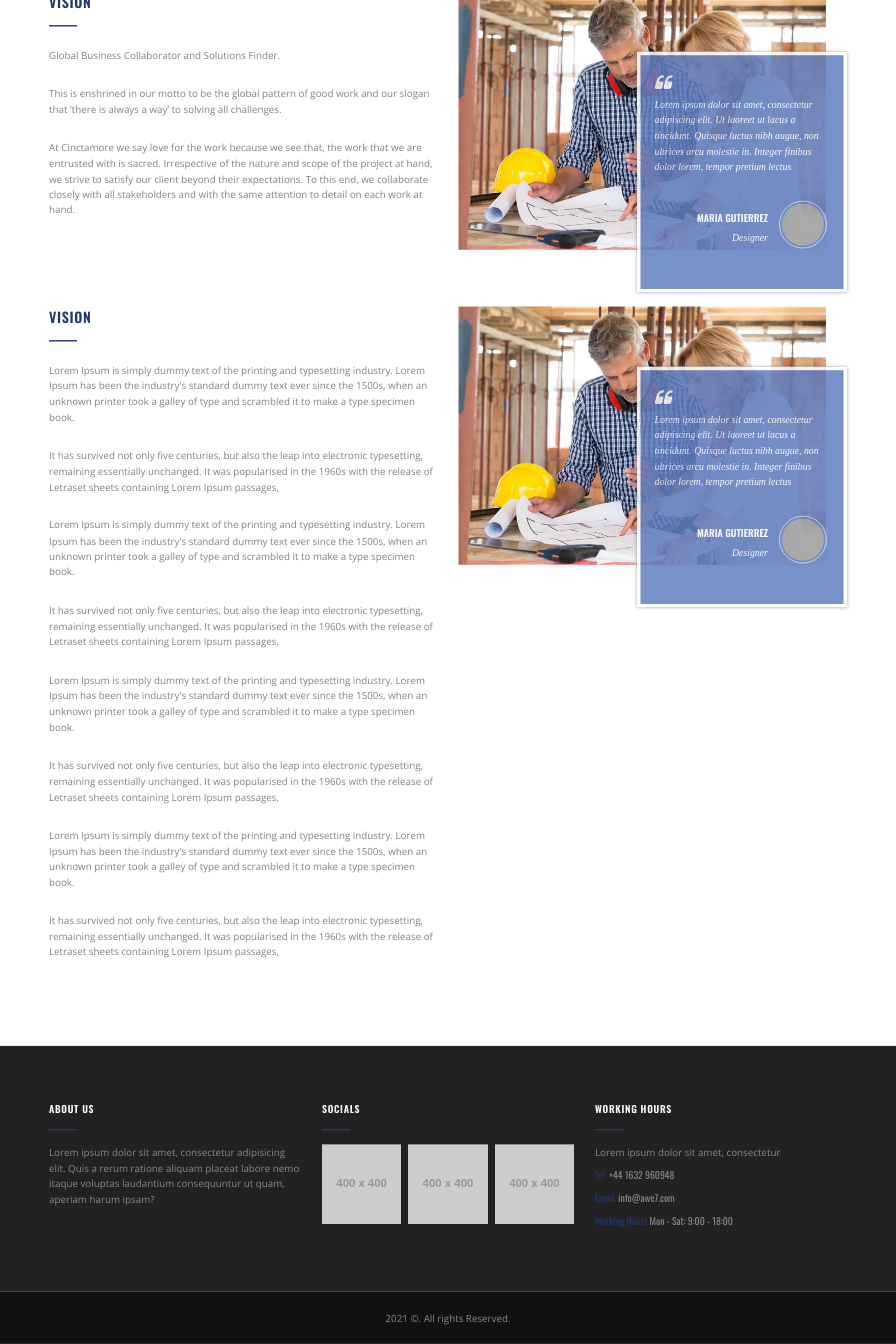
Repository: techieaccl/techieaccl.github.io
Page: about-us.html
These files come from the project's save history. The page is drawn as it stood at one moment and after the next save; the edit follows.
The browser window is 1280 px wide. The pictures show the part of the page from y = 1297 to 3217 px (the page is 3217 px tall before and 2671 px after), at 70% of full size.
Pictures or frames that could not be fetched are drawn as grey boxes. Some web fonts or font styles are not loaded; a fallback is used.

Above is the page before, as saved 2021-09-08 19:57:39.

### about-us.html
<!DOCTYPE html>
<html>
    <head>
		<title>About Us</title>
		<meta charset="utf-8">
		<meta name="viewport" content="width=device-width, initial-scale=1.0, maximum-scale=1.0, user-scalable=no">
		<meta name="format-detection" content="telephone=no">
		<meta name="apple-mobile-web-app-capable" content="yes">
		<!-- Fonts-->
		<link rel="stylesheet" type="text/css" href="assets/fonts/fontawesome/font-awesome.min.css">
		<link rel="stylesheet" type="text/css" href="assets/fonts/pe-icon/pe-icon.css">
		<!-- Vendors-->
		<link rel="stylesheet" type="text/css" href="assets/vendors/bootstrap/grid.css">
		<link rel="stylesheet" type="text/css" href="assets/vendors/magnific-popup/magnific-popup.min.css">
		<link rel="stylesheet" type="text/css" href="assets/vendors/swiper/swiper.css">
		<!-- App & fonts-->
		<link rel="stylesheet" type="text/css" href="https://fonts.googleapis.com/css?family=Open+Sans:400,700|Oswald:400,600|Playfair+Display:400i">
		<link rel="stylesheet" type="text/css" href="assets/css/main.css"><!--[if lt IE 9]>
			<script src="https://oss.maxcdn.com/libs/html5shiv/3.7.0/html5shiv.js"></script>
		<![endif]-->
	</head>

    <body>
                <!-- preload -->
				<div class="preload" id="preload">
					<div class="cssload-spin-box"></div>
				</div><!-- End / preload -->


        <div class="page-wrap">
            <!-- header -->
			<header class="header header-fixheight header--fixed">
				<div class="container">
					<div class="header__inner">
						<div class="header-logo">
							<!-- <a href="home.html"><img src="assets/img/logo_white.png" alt=""/></a> -->
							<h1><strong>Cinctamore </strong></h1>
						</div>
						<!-- raising-menu -->
                        <ul class="raising-menu-generic">
                            <li><a href="index.html">Back To Home</a>
                            </li>
                        </ul><!-- raising-menu -->

					</div>
				</div>
			</header><!-- End / header -->

            <!-- Content-->
			<div class="md-content">

                <!-- Section -->
				<section class="md-section">
					<div class="container">
						<div class="row">
							<div class="col-lg-8 col-xs-offset-0 col-sm-offset-0 col-md-offset-0 col-lg-offset-2 ">

								<!-- sec-title -->
								<div class="sec-title sec-title__lg-title md-text-center">
									<br><br>
									<h2 class="sec-title__title">About Us</h2><span class="sec-title__divider"></span>
								</div><!-- End / sec-title -->

							</div>
						</div>
					</div>
				</section>

				<!-- Section -->
				<section class="md-section" style="background-color:#fff;padding:60px 0;">
					<div class="container">
						<div class="row">
							<div class="col-lg-6 ">
								<div class="mb-30">

									<!-- sec-title -->
									<div class="sec-title sec-title__lg-title">
										<h2 class="sec-title__title"><span>Our Name</span></h2><span class="sec-title__divider"></span>
									</div><!-- End / sec-title -->
									<p>Cinctamore - a combined word of “cincta (surrounded, encircled, crowned, girded, enclosed)” and “amore (love)” means “surrounded by love.”</p><br>
									<p>Our name reflects our belief that, the greatest of what is possible can only be achieved when what we do as a team is surrounded with love. In all we do, we strive to be a ‘Pattern of Good Work’.
									 <span>At Cinctamore, we are constantly finding solutions to support a better future for all. </span></span></p><br>
								</div>
							</div>
							<div class="col-lg-6 ">

								<!-- about -->
								<div class="about"><img src="assets/img/about/2.jpg" alt=""/>

									<!-- quote-02 -->
									<blockquote class="quote-02 about-quote">
										<p class="quote-02__text">Lorem ipsum dolor sit amet, consectetur adipiscing elit. Ut laoreet ut lacus a tincidunt. Quisque luctus nibh augue, non ultrices arcu molestie in. Integer finibus dolor lorem, tempor pretium lectus</p>

										<!-- authorbox -->
										<div class="authorbox">
											<div class="authorbox__avartar" style="background-image: url(https://unsplash.it/800);"><img src="https://unsplash.it/800" alt=""/></div>
											<div class="authorbox__info">
												<h5 class="authorbox__name">Maria Gutierrez</h5>
												<p class="authorbox__work">Designer</p>
											</div>
										</div><!-- End / authorbox -->

									</blockquote><!-- End / quote-02 -->

								</div><!-- End / about -->

							</div>
						</div>
						<div class="row">
							<div class="col-lg-6 ">
								<div class="mb-30">

									<!-- sec-title -->
									<div class="sec-title sec-title__lg-title">
										<h2 class="sec-title__title"><span>History </span></h2><span class="sec-title__divider"></span>
									</div><!-- End / sec-title -->

									<p>Cinctamore was founded in 2018 to spearhead the development of multiple family-owned
									 businesses by providing the framework to guide each business to stay competitive and successful.</p>
									<p>Cinctamore aims to become a global business collaborator and solutions finder through the Architecture,
									 Urban Design, Engineering & Construction, Trading & Investment, as well as Multimedia, Lifestyle and Health Groups. </p>
								</div>
							</div>
							<div class="col-lg-6 ">

								<!-- about -->
								<div class="about"><img src="assets/img/about/2.jpg" alt=""/>

									<!-- quote-02 -->
									<blockquote class="quote-02 about-quote">
										<p class="quote-02__text">Lorem ipsum dolor sit amet, consectetur adipiscing elit. Ut laoreet ut lacus a tincidunt. Quisque luctus nibh augue, non ultrices arcu molestie in. Integer finibus dolor lorem, tempor pretium lectus</p>

										<!-- authorbox -->
										<div class="authorbox">
											<div class="authorbox__avartar" style="background-image: url(https://unsplash.it/800);"><img src="https://unsplash.it/800" alt=""/></div>
											<div class="authorbox__info">
												<h5 class="authorbox__name">Maria Gutierrez</h5>
												<p class="authorbox__work">Designer</p>
											</div>
										</div><!-- End / authorbox -->

									</blockquote><!-- End / quote-02 -->

								</div><!-- End / about -->

							</div>
						</div>
						<div class="row">
							<div class="col-lg-6 ">
								<div class="mb-30">

									<!-- sec-title -->
									<div class="sec-title sec-title__lg-title">
										<h2 class="sec-title__title"><span>Vision</span></h2><span class="sec-title__divider"></span>
									</div><!-- End / sec-title -->
									<p>Global Business Collaborator and Solutions Finder.</p><br>
									<p>This is enshrined in our motto to be the global pattern of good work
									and our slogan that ‘there is always a way’ to solving all challenges.</p><br>
									<p>At Cinctamore we say love for the work because we see that, the work that we are entrusted with is sacred.
									Irrespective of the nature and scope of the project at hand, we strive to satisfy our client beyond their expectations.
									To this end, we collaborate closely with all stakeholders and with the same attention to detail on each work at hand. </p>
								</div>
							</div>
							<div class="col-lg-6 ">

								<!-- about -->
								<div class="about"><img src="assets/img/about/2.jpg" alt=""/>

									<!-- quote-02 -->
									<blockquote class="quote-02 about-quote">
										<p class="quote-02__text">Lorem ipsum dolor sit amet, consectetur adipiscing elit. Ut laoreet ut lacus a tincidunt. Quisque luctus nibh augue, non ultrices arcu molestie in. Integer finibus dolor lorem, tempor pretium lectus</p>

										<!-- authorbox -->
										<div class="authorbox">
											<div class="authorbox__avartar" style="background-image: url(https://unsplash.it/800);"><img src="https://unsplash.it/800" alt=""/></div>
											<div class="authorbox__info">
												<h5 class="authorbox__name">Maria Gutierrez</h5>
												<p class="authorbox__work">Designer</p>
											</div>
										</div><!-- End / authorbox -->

									</blockquote><!-- End / quote-02 -->

								</div><!-- End / about -->

							</div>
						</div>
						<div class="row">
							<div class="col-lg-6 ">
								<div class="mb-30">

									<!-- sec-title -->
									<div class="sec-title sec-title__lg-title">
										<h2 class="sec-title__title"><span>Vision</span></h2><span class="sec-title__divider"></span>
									</div><!-- End / sec-title -->

									<p>Lorem Ipsum is simply dummy text of the printing and typesetting industry. Lorem Ipsum has been the industry's standard dummy text ever since the 1500s, when an unknown printer took a galley of type and scrambled it to make a type specimen book.</p><br>
									<p>It has survived not only five centuries, but also the leap into electronic typesetting, remaining essentially unchanged. It was popularised in the 1960s with the release of Letraset sheets containing Lorem Ipsum passages,</p><br>
									<p>Lorem Ipsum is simply dummy text of the printing and typesetting industry. Lorem Ipsum has been the industry's standard dummy text ever since the 1500s, when an unknown printer took a galley of type and scrambled it to make a type specimen book.</p><br>
									<p>It has survived not only five centuries, but also the leap into electronic typesetting, remaining essentially unchanged. It was popularised in the 1960s with the release of Letraset sheets containing Lorem Ipsum passages,</p><br>
									<p>Lorem Ipsum is simply dummy text of the printing and typesetting industry. Lorem Ipsum has been the industry's standard dummy text ever since the 1500s, when an unknown printer took a galley of type and scrambled it to make a type specimen book.</p><br>
									<p>It has survived not only five centuries, but also the leap into electronic typesetting, remaining essentially unchanged. It was popularised in the 1960s with the release of Letraset sheets containing Lorem Ipsum passages,</p><br>
									<p>Lorem Ipsum is simply dummy text of the printing and typesetting industry. Lorem Ipsum has been the industry's standard dummy text ever since the 1500s, when an unknown printer took a galley of type and scrambled it to make a type specimen book.</p><br>
									<p>It has survived not only five centuries, but also the leap into electronic typesetting, remaining essentially unchanged. It was popularised in the 1960s with the release of Letraset sheets containing Lorem Ipsum passages,</p><br>
								</div>
							</div>
							<div class="col-lg-6 ">

								<!-- about -->
								<div class="about"><img src="assets/img/about/2.jpg" alt=""/>

									<!-- quote-02 -->
									<blockquote class="quote-02 about-quote">
										<p class="quote-02__text">Lorem ipsum dolor sit amet, consectetur adipiscing elit. Ut laoreet ut lacus a tincidunt. Quisque luctus nibh augue, non ultrices arcu molestie in. Integer finibus dolor lorem, tempor pretium lectus</p>

										<!-- authorbox -->
										<div class="authorbox">
											<div class="authorbox__avartar" style="background-image: url(https://unsplash.it/800);"><img src="https://unsplash.it/800" alt=""/></div>
											<div class="authorbox__info">
												<h5 class="authorbox__name">Maria Gutierrez</h5>
												<p class="authorbox__work">Designer</p>
											</div>
										</div><!-- End / authorbox -->

									</blockquote><!-- End / quote-02 -->

								</div><!-- End / about -->

							</div>
						</div>
					</div>
				</section>
				<!-- End / Section -->

				<!-- footer-01 -->
			<footer class="footer-01 md-skin-dark">
				<div class="footer-01__widget">
					<div class="container">
						<div class="row">
							<div class="col-md-6 col-lg-4 ">

								<!-- widget -->
								<section class="widget">

									<!-- sec-title -->
									<div class="sec-title">
										<h2 class="sec-title__title">about us</h2><span class="sec-title__divider"></span>
									</div><!-- End / sec-title -->

									<p>  Lorem ipsum dolor sit amet, consectetur adipisicing elit. Quis a rerum ratione aliquam placeat labore nemo itaque voluptas laudantium consequuntur ut quam, aperiam harum ipsam?</p>
								</section><!-- End / widget -->

							</div>

							<div class="col-md-6 col-lg-4 ">

								<!-- widget -->
								<section class="widget">

									<!-- sec-title -->
									<div class="sec-title">
										<h2 class="sec-title__title">Socials</h2><span class="sec-title__divider"></span>
									</div><!-- End / sec-title -->


									<!-- widget-gallery -->
									<div class="widget-gallery">
										<div class="widget-gallery__item"><a href="#" style="background-image: url('http://placehold.it/400x400');"><img src="http://placehold.it/400x400" alt=""/></a></div>
										<div class="widget-gallery__item"><a href="#" style="background-image: url('http://placehold.it/400x400');"><img src="http://placehold.it/400x400" alt=""/></a></div>
										<div class="widget-gallery__item"><a href="#" style="background-image: url('http://placehold.it/400x400');"><img src="http://placehold.it/400x400" alt=""/></a></div>
										<!-- <div class="widget-gallery__item"><a href="#" style="background-image: url('http://placehold.it/400x400');"><img src="http://placehold.it/400x400" alt=""/></a></div>
										<div class="widget-gallery__item"><a href="#" style="background-image: url('http://placehold.it/400x400');"><img src="http://placehold.it/400x400" alt=""/></a></div>
										<div class="widget-gallery__item"><a href="#" style="background-image: url('http://placehold.it/400x400');"><img src="http://placehold.it/400x400" alt=""/></a></div>
										<div class="widget-gallery__item"><a href="#" style="background-image: url('http://placehold.it/400x400');"><img src="http://placehold.it/400x400" alt=""/></a></div>
										<div class="widget-gallery__item"><a href="#" style="background-image: url('http://placehold.it/400x400');"><img src="http://placehold.it/400x400" alt=""/></a></div>
										<div class="widget-gallery__item"><a href="#" style="background-image: url('http://placehold.it/400x400');"><img src="http://placehold.it/400x400" alt=""/></a></div> -->
									</div><!-- End /  widget-gallery -->

								</section><!-- End / widget -->

							</div>
							<div class="col-lg-4 ">

								<!-- widget -->
								<section class="widget">

									<!-- sec-title -->
									<div class="sec-title">
										<h2 class="sec-title__title">working hours</h2><span class="sec-title__divider"></span>
									</div><!-- End / sec-title -->

									<p> Lorem ipsum dolor sit amet, consectetur</p>

									<!--  -->
									<div>
										<div class="widget-contact__item"><span class="widget-contact__title">Tel:</span>
											<p class="widget-contact__text">+44 1632 960948</p>
										</div>
										<div class="widget-contact__item"><span class="widget-contact__title">email:</span>
											<p class="widget-contact__text"><a href="#">info@awe7.com</a></p>
										</div>
										<div class="widget-contact__item"><span class="widget-contact__title">Working Hours</span>
											<p class="widget-contact__text">Mon - Sat: 9:00 - 18:00</p>
										</div>
									</div><!-- End /   -->

								</section><!-- End / widget -->

							</div>
						</div>
					</div>
				</div>

				<!-- copyright-01 -->
				<div class="copyright-01 md-text-center">
					<div class="container">
						<p class="copyright-01__copy">2021 &copy;. All rights Reserved.</p>
					</div>
				</div><!-- End / copyright-01 -->

			</footer><!-- End / footer-01 -->
            </div>
			<!-- End / Content-->
        </div>
    </body>
</html>

Loaded but not shown: assets/fonts/fontawesome/font-awesome.min.css (library); assets/fonts/pe-icon/pe-icon.css (common file); assets/vendors/bootstrap/grid.css (library); assets/vendors/magnific-popup/magnific-popup.min.css (library); assets/vendors/swiper/swiper.css (library); assets/css/main.css (4044 lines, source omitted)

After the next save:
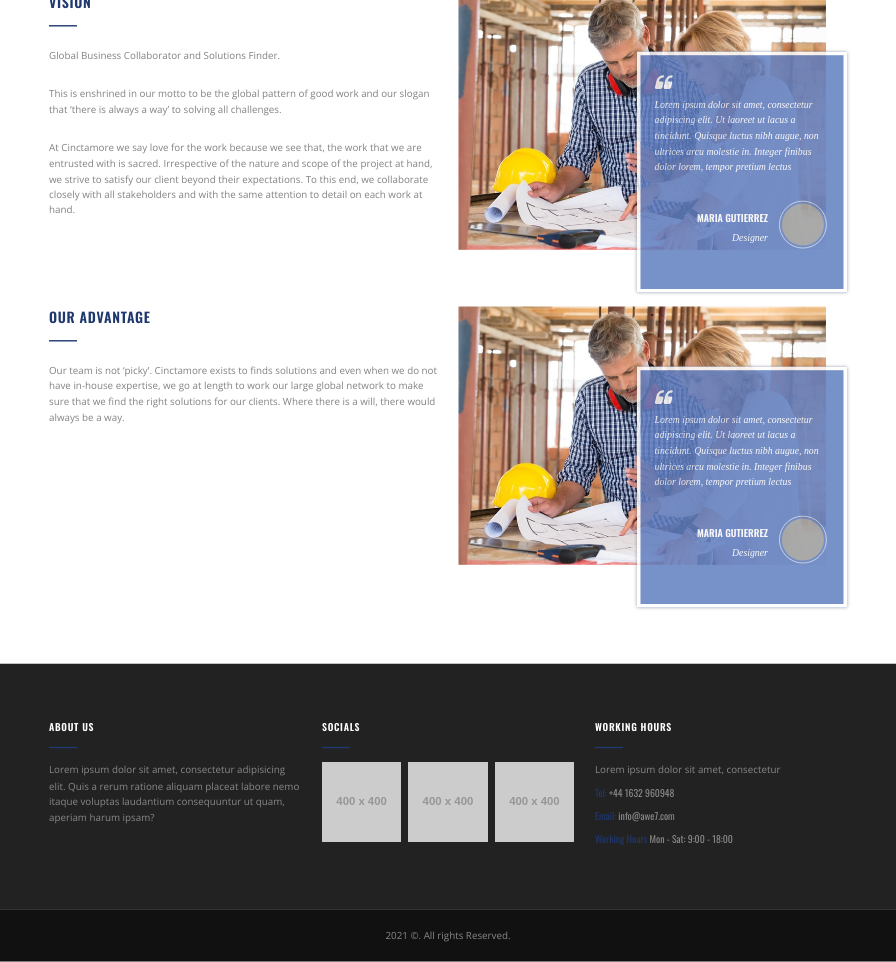
Saved 119 s later.
--- a/about-us.html
+++ b/about-us.html
@@ -191,17 +191,11 @@
 
 									<!-- sec-title -->
 									<div class="sec-title sec-title__lg-title">
-										<h2 class="sec-title__title"><span>Vision</span></h2><span class="sec-title__divider"></span>
-									</div><!-- End / sec-title -->
-
-									<p>Lorem Ipsum is simply dummy text of the printing and typesetting industry. Lorem Ipsum has been the industry's standard dummy text ever since the 1500s, when an unknown printer took a galley of type and scrambled it to make a type specimen book.</p><br>
-									<p>It has survived not only five centuries, but also the leap into electronic typesetting, remaining essentially unchanged. It was popularised in the 1960s with the release of Letraset sheets containing Lorem Ipsum passages,</p><br>
-									<p>Lorem Ipsum is simply dummy text of the printing and typesetting industry. Lorem Ipsum has been the industry's standard dummy text ever since the 1500s, when an unknown printer took a galley of type and scrambled it to make a type specimen book.</p><br>
-									<p>It has survived not only five centuries, but also the leap into electronic typesetting, remaining essentially unchanged. It was popularised in the 1960s with the release of Letraset sheets containing Lorem Ipsum passages,</p><br>
-									<p>Lorem Ipsum is simply dummy text of the printing and typesetting industry. Lorem Ipsum has been the industry's standard dummy text ever since the 1500s, when an unknown printer took a galley of type and scrambled it to make a type specimen book.</p><br>
-									<p>It has survived not only five centuries, but also the leap into electronic typesetting, remaining essentially unchanged. It was popularised in the 1960s with the release of Letraset sheets containing Lorem Ipsum passages,</p><br>
-									<p>Lorem Ipsum is simply dummy text of the printing and typesetting industry. Lorem Ipsum has been the industry's standard dummy text ever since the 1500s, when an unknown printer took a galley of type and scrambled it to make a type specimen book.</p><br>
-									<p>It has survived not only five centuries, but also the leap into electronic typesetting, remaining essentially unchanged. It was popularised in the 1960s with the release of Letraset sheets containing Lorem Ipsum passages,</p><br>
+										<h2 class="sec-title__title"><span>Our Advantage</span></h2><span class="sec-title__divider"></span>
+									</div><!-- End / sec-title -->
+									<p>Our team is not ‘picky’. Cinctamore exists to finds solutions and even when we do not have in-house expertise,
+									we go at length to work our large global network to make sure that we find the right solutions for our clients.
+									Where there is a will, there would always be a way. </p>
 								</div>
 							</div>
 							<div class="col-lg-6 ">
